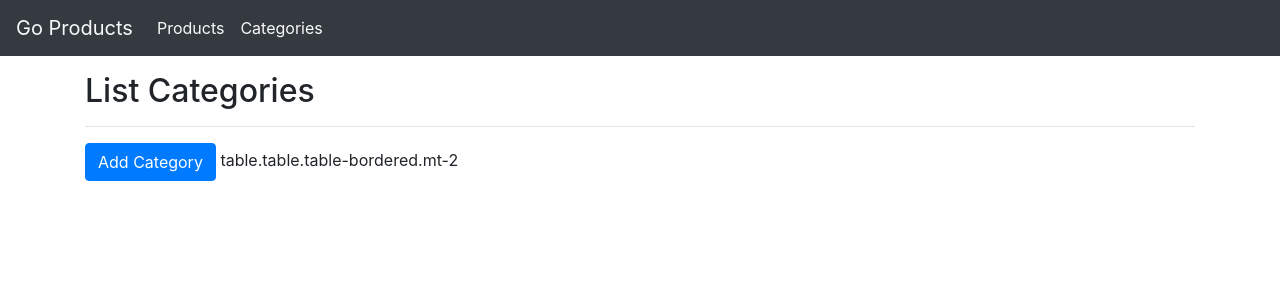
Repository: Nouthemoran/go-web-native-crud
Page: views/category/index.html
An editor plug-in stored every save of this project. The page is shown before and after a run of saves, followed by the edit.
The browser window is 1280 px wide. The pictures show the whole page.

Above is the page before, as saved 2023-10-04 15:38:19.

### views/category/index.html
<!doctype html>
<html lang="en">
  <head>
    <!-- Required meta tags -->
    <meta charset="utf-8">
    <meta name="viewport" content="width=device-width, initial-scale=1, shrink-to-fit=no">

    <!-- Bootstrap CSS -->
    <link rel="stylesheet" href="https://cdn.jsdelivr.net/npm/bootstrap@4.3.1/dist/css/bootstrap.min.css" integrity="sha384-ggOyR0iXCbMQv3Xipma34MD+dH/1fQ784/j6cY/iJTQUOhcWr7x9JvoRxT2MZw1T" crossorigin="anonymous">

    <title>golang project</title>
  </head>
  <body>
    <!-- Navbar -->
    <nav class="navbar navbar-expand-lg bg-dark">
        <a class="navbar-brand text-light" href="#">Go Products</a>
        <button class="navbar-toggler" type="button" data-toggle="collapse" data-target="#navbarNav" aria-controls="navbarNav" aria-expanded="false" aria-label="Toggle navigation">
          <span class="navbar-toggler-icon"></span>
        </button>
        <div class="collapse navbar-collapse" id="navbarNav">
          <ul class="navbar-nav ms-auto">
            <li class="nav-item active">
              <a class="nav-link text-light" href="/products">Products<span class="sr-only">(current)</span></a>
            </li>
            <li class="nav-item">
              <a class="nav-link text-light" href="/categories">Categories</a>
            </li>
          </ul>
        </div>
      </nav>
    <!-- End of Navbar -->

    <div class="container mt-3">
        <h2>List Categories</h2>
        <hr>
        <a href="/category/create" class="btn btn-primary">Add Category</a>
        table.table.table-bordered.mt-2
    </div>

    <!-- Optional JavaScript -->
    <!-- jQuery first, then Popper.js, then Bootstrap JS -->
    <script src="https://code.jquery.com/jquery-3.3.1.slim.min.js" integrity="sha384-q8i/X+965DzO0rT7abK41JStQIAqVgRVzpbzo5smXKp4YfRvH+8abtTE1Pi6jizo" crossorigin="anonymous"></script>
    <script src="https://cdn.jsdelivr.net/npm/popper.js@1.14.7/dist/umd/popper.min.js" integrity="sha384-UO2eT0CpHqdSJQ6hJty5KVphtPhzWj9WO1clHTMGa3JDZwrnQq4sF86dIHNDz0W1" crossorigin="anonymous"></script>
    <script src="https://cdn.jsdelivr.net/npm/bootstrap@4.3.1/dist/js/bootstrap.min.js" integrity="sha384-JjSmVgyd0p3pXB1rRibZUAYoIIy6OrQ6VrjIEaFf/nJGzIxFDsf4x0xIM+B07jRM" crossorigin="anonymous"></script>
  </body>
</html>

After the next 2 saves:
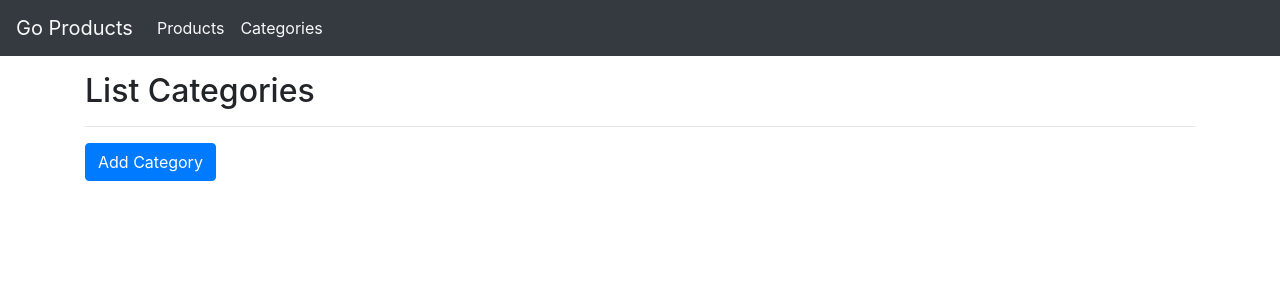
The 2 saves are shown as one change because they came seconds apart.
The last was saved 7 s later.
--- a/views/category/index.html
+++ b/views/category/index.html
@@ -34,7 +34,9 @@
         <h2>List Categories</h2>
         <hr>
         <a href="/category/create" class="btn btn-primary">Add Category</a>
-        table.table.table-bordered.mt-2
+        <table class="table table-bordered mt-2 text-center">
+
+        </table>
     </div>
 
     <!-- Optional JavaScript -->
